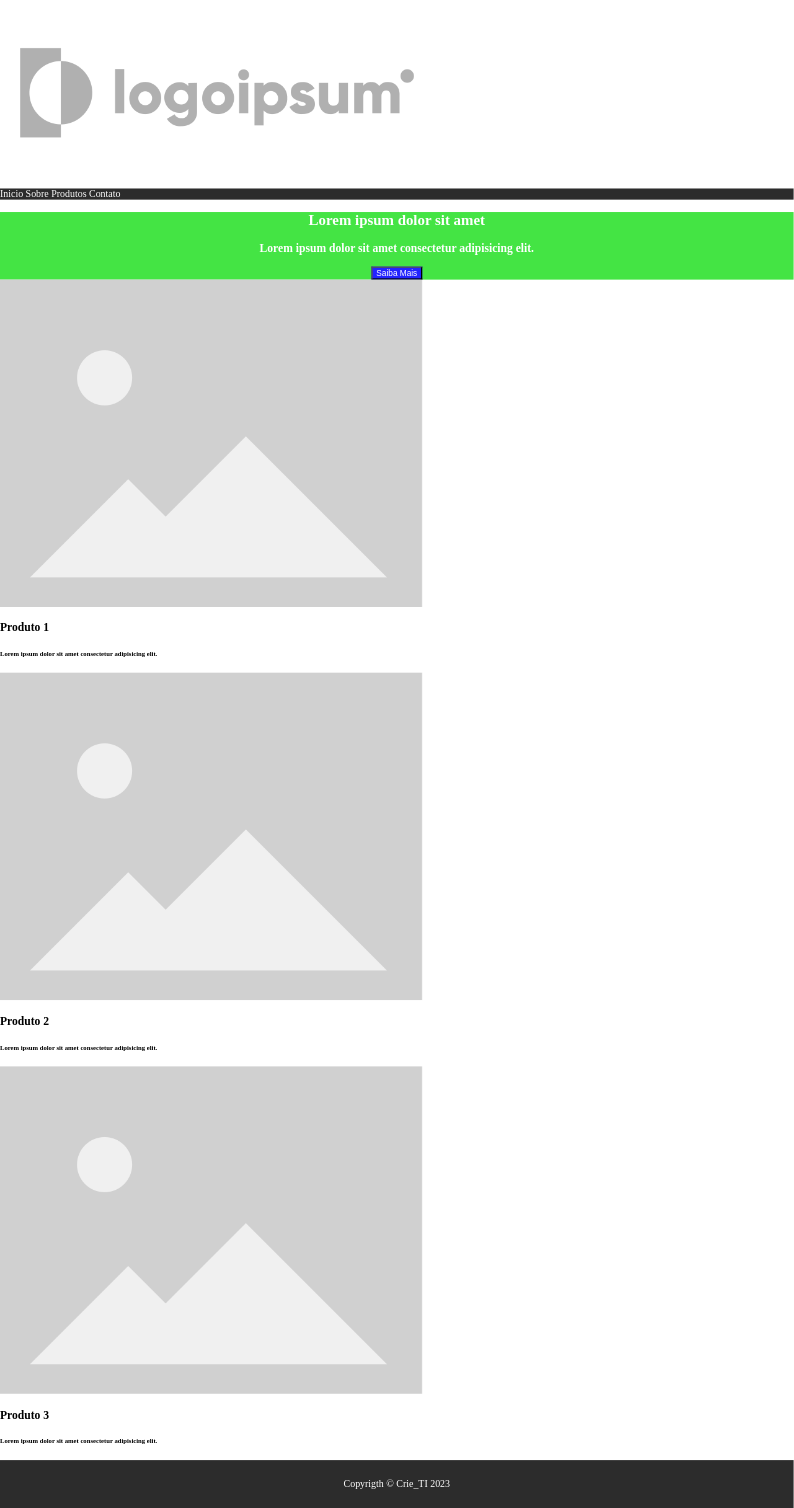
Repository: robsonwssantos/Projeto_Olaria
Page: Exercicios/ex.01/index.html
An editor plug-in stored every save of this project. The page is shown before and after the next save, followed by the edit.
The browser window is 1280 px wide. The pictures show the whole page, at 62% of full size.

Above is the page before, as saved 2023-04-21 10:12:48.

After the next save:
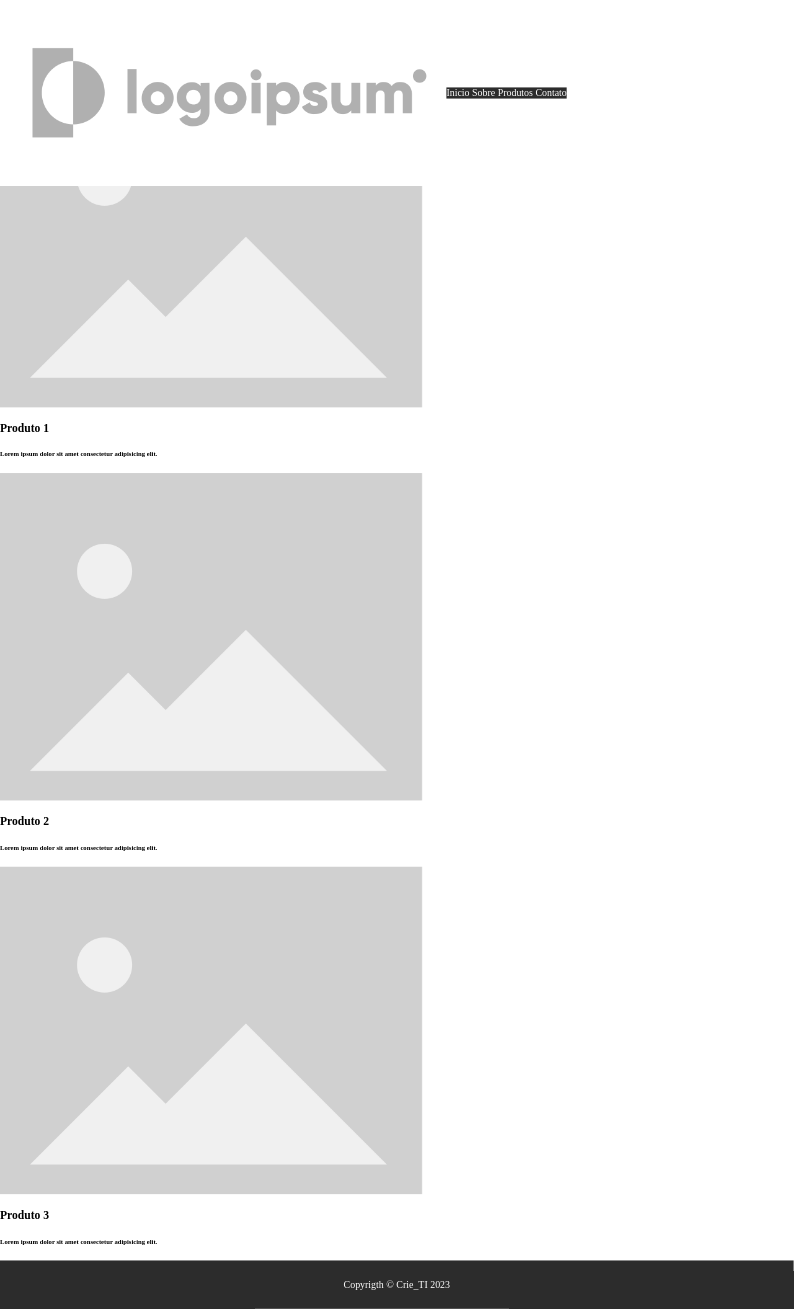
Saved 2 min 29 s later.
--- a/Exercicios/ex.01/index.html
+++ b/Exercicios/ex.01/index.html
@@ -27,6 +27,19 @@
             background-color: rgb(35, 35, 255);
         }
 
+
+        header {
+            display: flex;
+            align-items: center;
+            position: absolute;
+            position: fixed;
+            background-color: white;
+            width: 100%;
+            top: 0;
+            padding-left: 20px;
+            padding-right: 20px;
+            box-sizing: border-box;
+        }
         footer {
             text-align: center;
             padding-top: 30px;
@@ -59,7 +72,7 @@
             </div>
         </section>
 
-        <section>
+        <section class="container">
             <div>
                 <img src="placeholder.png" alt="">
                 <h3>Produto 1</h3>
